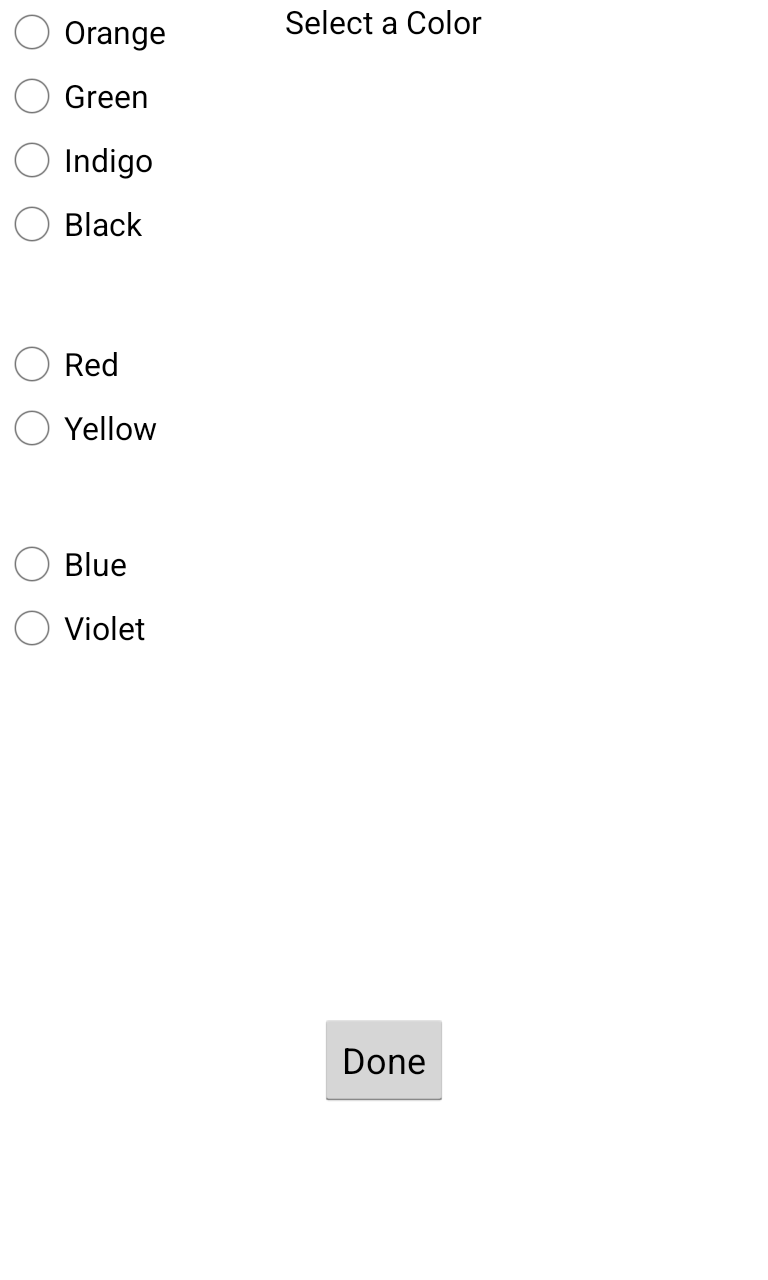
Repository: johnhof/App-Design
Layout: MyNote/res/layout/activity_color_picker.xml
The author's editor kept a copy of each file at every save. The layout is drawn from the files as they stood at one save, then again after the next save.
It is drawn on a 768 x 1280 px phone screen (xhdpi) without system bars, with theme AppTheme; the app's code is not run. The app's manifest (not shown) leaves right-to-left support off. So textAlignment, textDirection and layoutDirection are ignored, and left and right values win over start and end ones.

Above is the layout before, as saved 2013-02-05 01:09:24.

### MyNote/res/layout/activity_color_picker.xml
<RelativeLayout xmlns:android="http://schemas.android.com/apk/res/android"
    xmlns:tools="http://schemas.android.com/tools"
    android:layout_width="match_parent"
    android:layout_height="match_parent"
    tools:context=".ColorPicker" >

    <Button
        android:id="@+id/done_button"
        android:layout_width="wrap_content"
        android:layout_height="wrap_content"
        android:layout_alignParentBottom="true"
        android:layout_centerHorizontal="true"
        android:layout_marginBottom="86dp"
        android:text="@string/color_done" />

    <CheckedTextView
        android:id="@+id/instruction_text"
        android:layout_width="wrap_content"
        android:layout_height="wrap_content"
        android:layout_alignParentTop="true"
        android:layout_centerHorizontal="true"
        android:text="@string/color_instructions" />

    <RadioGroup
        android:id="@+id/radioGroup1"
        android:layout_width="wrap_content"
	    android:layout_height="wrap_content">

	    <RadioButton
	        android:id="@+id/orange_radio"
	        android:layout_width="wrap_content"
	        android:layout_height="wrap_content"
	        android:text="@string/orange" />

	    <RadioButton
	        android:id="@+id/green_radio"
	        android:layout_width="wrap_content"
	        android:layout_height="wrap_content"
	        android:text="@string/green" />

	    <RadioButton
	        android:id="@+id/indigo_radio"
	        android:layout_width="wrap_content"
	        android:layout_height="wrap_content"
	        android:text="@string/indigo" />

	    <RadioButton
	        android:id="@+id/black_radio"
	        android:layout_width="wrap_content"
	        android:layout_height="wrap_content"
	        android:text="@string/black" />

	    <RadioButton
	        android:id="@+id/red_radio"
	        android:layout_width="wrap_content"
	        android:layout_height="wrap_content"
	        android:layout_marginTop="38dp"
	        android:text="@string/red" />

	    <RadioButton
	        android:id="@+id/yellow_radio"
	        android:layout_width="wrap_content"
	        android:layout_height="wrap_content"
	        android:layout_marginBottom="36dp"
	        android:text="@string/yellow" />

	    <RadioButton
	        android:id="@+id/blue_radio"
	        android:layout_width="wrap_content"
	        android:layout_height="wrap_content"
	        android:text="@string/blue" />

	    <RadioButton
	        android:id="@+id/violet_radio"
	        android:layout_width="wrap_content"
	        android:layout_height="wrap_content"
	        android:text="@string/violet" />
	</RadioGroup>
</RelativeLayout>

### MyNote/res/values/strings.xml
<?xml version="1.0" encoding="utf-8"?>
<resources>

    <string name="app_name">Note Taker</string>
    <string name="menu_settings">Settings</string>
    <string name="submit_button">Submit Letter</string>
    <string name="add_button">add Letter</string>
    <string name="result_text">Waiting&#8230;</string>
    <string name="note_text">Note Text&#8230;</string>
    <string name="color_button">Select Color</string>
    <string name="clear_note_button">Clear Note</string>
    <string name="clear_canvas_button">Clear Canvas</string>

    <string name="title_activity_color_picker">Color Selection</string>
    <string name="color_instructions">Select a Color</string>
    <string name="red">Red</string>
    <string name="orange">Orange</string>
    <string name="yellow">Yellow</string>
    <string name="green">Green</string>
    <string name="blue">Blue</string>
    <string name="indigo">Indigo</string>
    <string name="violet">Violet</string>
    <string name="black">Black</string>
    <string name="color_done">Done</string>


</resources>

Loaded but not shown: MyNote/res/values/styles.xml (common file); MyNote/res/values-v11/styles.xml (common file); MyNote/res/values-v14/styles.xml (common file)

After the next save:
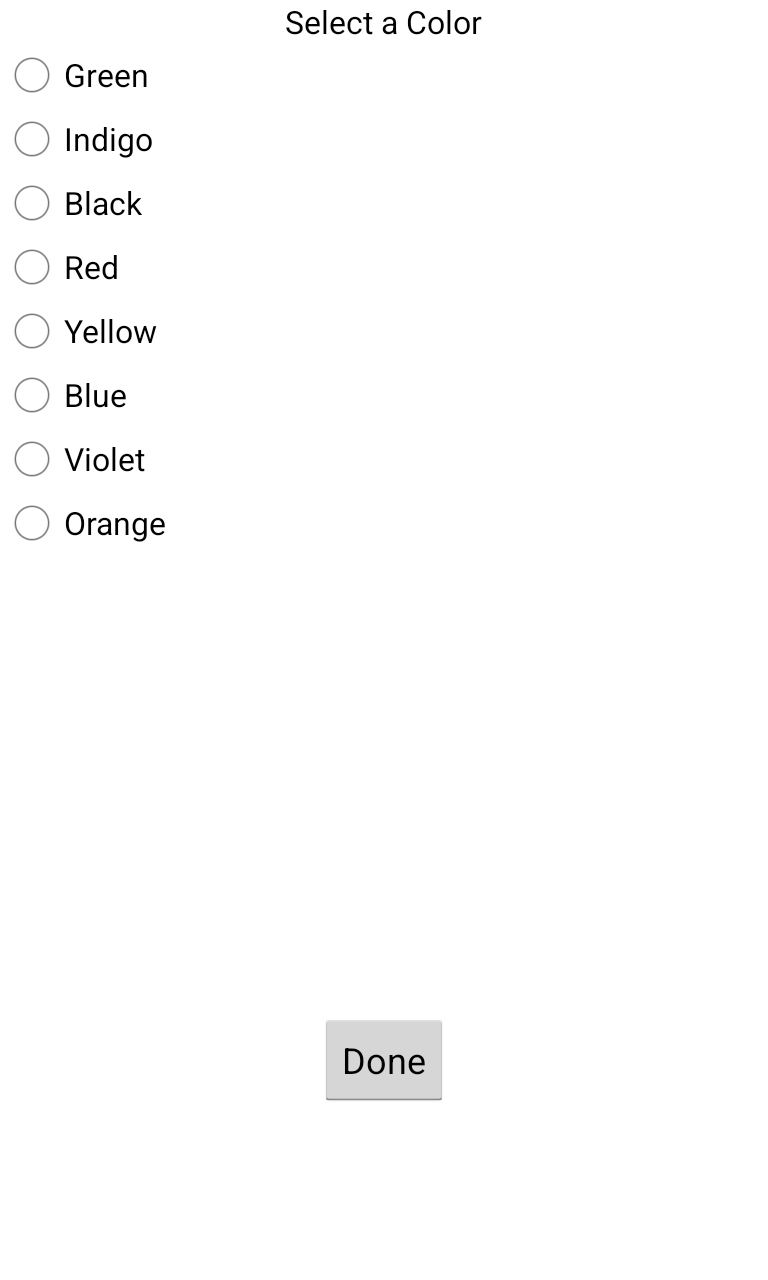
Saved 112 s later.
--- a/MyNote/res/layout/activity_color_picker.xml
+++ b/MyNote/res/layout/activity_color_picker.xml
@@ -24,13 +24,11 @@
     <RadioGroup
         android:id="@+id/radioGroup1"
         android:layout_width="wrap_content"
-	    android:layout_height="wrap_content">
-
-	    <RadioButton
-	        android:id="@+id/orange_radio"
-	        android:layout_width="wrap_content"
-	        android:layout_height="wrap_content"
-	        android:text="@string/orange" />
+        android:layout_height="wrap_content"
+        android:layout_above="@+id/done_button"
+        android:layout_alignParentLeft="true"
+        android:layout_alignParentRight="true"
+        android:layout_below="@+id/instruction_text" >
 
 	    <RadioButton
 	        android:id="@+id/green_radio"
@@ -54,14 +52,12 @@
 	        android:id="@+id/red_radio"
 	        android:layout_width="wrap_content"
 	        android:layout_height="wrap_content"
-	        android:layout_marginTop="38dp"
 	        android:text="@string/red" />
 
 	    <RadioButton
 	        android:id="@+id/yellow_radio"
 	        android:layout_width="wrap_content"
 	        android:layout_height="wrap_content"
-	        android:layout_marginBottom="36dp"
 	        android:text="@string/yellow" />
 
 	    <RadioButton
@@ -75,5 +71,12 @@
 	        android:layout_width="wrap_content"
 	        android:layout_height="wrap_content"
 	        android:text="@string/violet" />
+
+	    <RadioButton
+	        android:id="@+id/orange_radio"
+	        android:layout_width="wrap_content"
+	        android:layout_height="wrap_content"
+	        android:text="@string/orange" />
+
 	</RadioGroup>
 </RelativeLayout>
